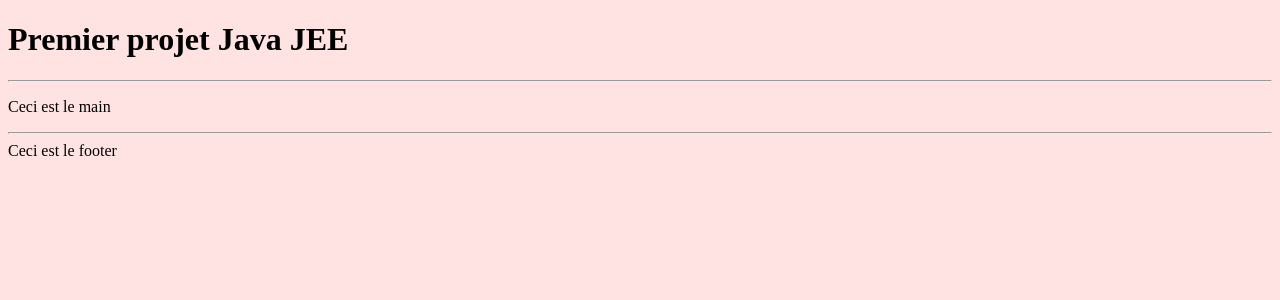
Repository: lemzoo/Formation_JEE
Page: FirstProject/WebContent/monPremierFichier.html
An editor plug-in stored every save of this project. The page is shown before and after the next save, followed by the edit.
The browser window is 1280 px wide. The pictures show the whole page.

Above is the page before, as saved 2016-06-17 09:12:42.

### FirstProject/WebContent/monPremierFichier.html
<!DOCTYPE html>
<html>
<head>
<meta charset="ISO-8859-1">
<title>Mon premier fichier HTML</title>
<style>
	body{
		background-color : rgba(255,220,220,0.8);
	}
</style>
</head>
<body>
<header>
	<h1>Premier projet Java JEE</h1>
	<hr>
</header>

<main>
	<p>Ceci est le main</p>
	<hr>
</main>
<footer >
	Ceci est le footer
</footer>
</body>
</html>

After the next save:
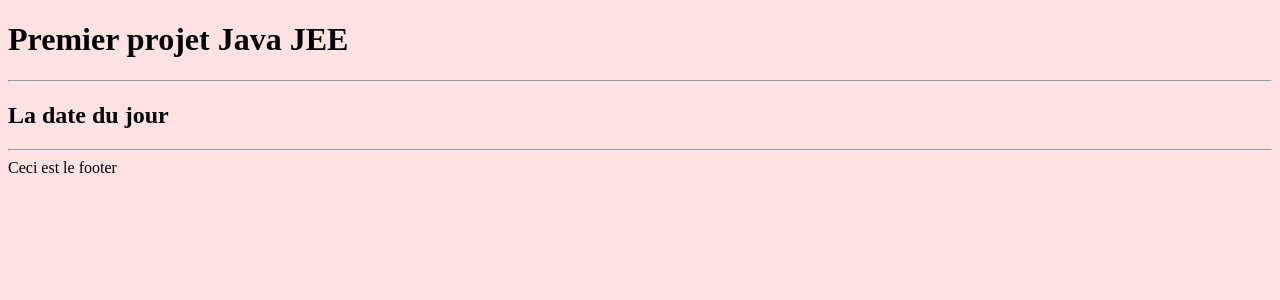
Saved 24 min 30 s later.
--- a/FirstProject/WebContent/monPremierFichier.html
+++ b/FirstProject/WebContent/monPremierFichier.html
@@ -16,7 +16,7 @@
 </header>
 
 <main>
-	<p>Ceci est le main</p>
+	<h2>La date du jour</h2>
 	<hr>
 </main>
 <footer >
